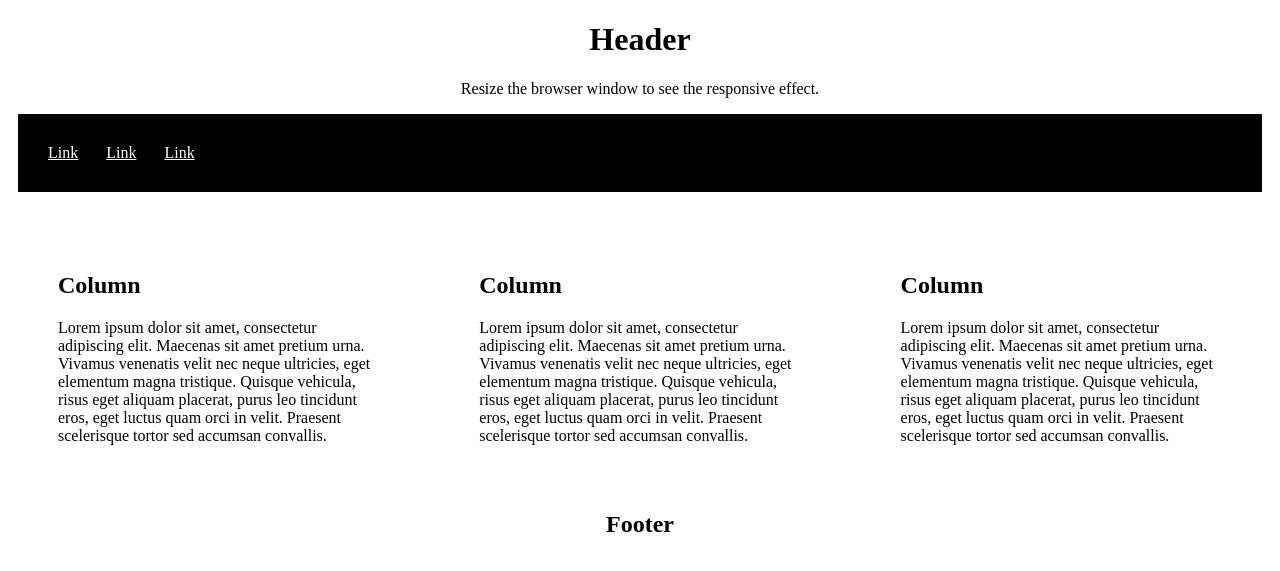
Repository: daeun0220/KB_EDU_JAVA
Page: work03_FrontUI/front02_CSS3/src/main/webapp/css13_website_layout_template.html
The author's editor kept a copy of each file at every save. The page is drawn from the files as they stood at one save, then again after the next save.
The browser window is 1280 px wide. The pictures show the whole page.

Above is the page before, as saved 2023-08-08 05:38:28.

### work03_FrontUI/front02_CSS3/src/main/webapp/css13_website_layout_template.html
<!DOCTYPE html>
<html lang="en">
<head>
<title>CSS Website Layout</title>
<meta charset="utf-8">
<meta name="viewport" content="width=device-width, initial-scale=1">
<style>
* {
	box-sizing: border-box;
}

.header {
	text-align: center;
}

.topnav {
	background-color: black;
	border: 10px solid black;
	padding: 20px;
	margin: 10px;
	box-sizing: content-box;
	word-spacing: 3ch;
}

a {
	color: white;
}

.column {
	width: 33.33%;
	padding: 50px;
	float: left;
}

.footer {
	text-align: center;
}
</style>

</head>
<body>

<div class="header">
  <h1>Header</h1>
  <p>Resize the browser window to see the responsive effect.</p>
</div>

<div class="topnav">
  <a href="#">Link</a>
  <a href="#">Link</a>
  <a href="#">Link</a>
</div>

<div class="row">
  <div class="column">
    <h2>Column</h2>
    <p>Lorem ipsum dolor sit amet, consectetur adipiscing elit. Maecenas sit amet pretium urna. Vivamus venenatis velit nec neque ultricies, eget elementum magna tristique. Quisque vehicula, risus eget aliquam placerat, purus leo tincidunt eros, eget luctus quam orci in velit. Praesent scelerisque tortor sed accumsan convallis.</p>
  </div>

  <div class="column">
    <h2>Column</h2>
    <p>Lorem ipsum dolor sit amet, consectetur adipiscing elit. Maecenas sit amet pretium urna. Vivamus venenatis velit nec neque ultricies, eget elementum magna tristique. Quisque vehicula, risus eget aliquam placerat, purus leo tincidunt eros, eget luctus quam orci in velit. Praesent scelerisque tortor sed accumsan convallis.</p>
  </div>

  <div class="column">
    <h2>Column</h2>
    <p>Lorem ipsum dolor sit amet, consectetur adipiscing elit. Maecenas sit amet pretium urna. Vivamus venenatis velit nec neque ultricies, eget elementum magna tristique. Quisque vehicula, risus eget aliquam placerat, purus leo tincidunt eros, eget luctus quam orci in velit. Praesent scelerisque tortor sed accumsan convallis.</p>
  </div>
 </div>

  <!-- 추가하기 -->
<div class="footer">
  	<p><h2>Footer</h2></p>
</div>



</body>
</html>

After the next save:
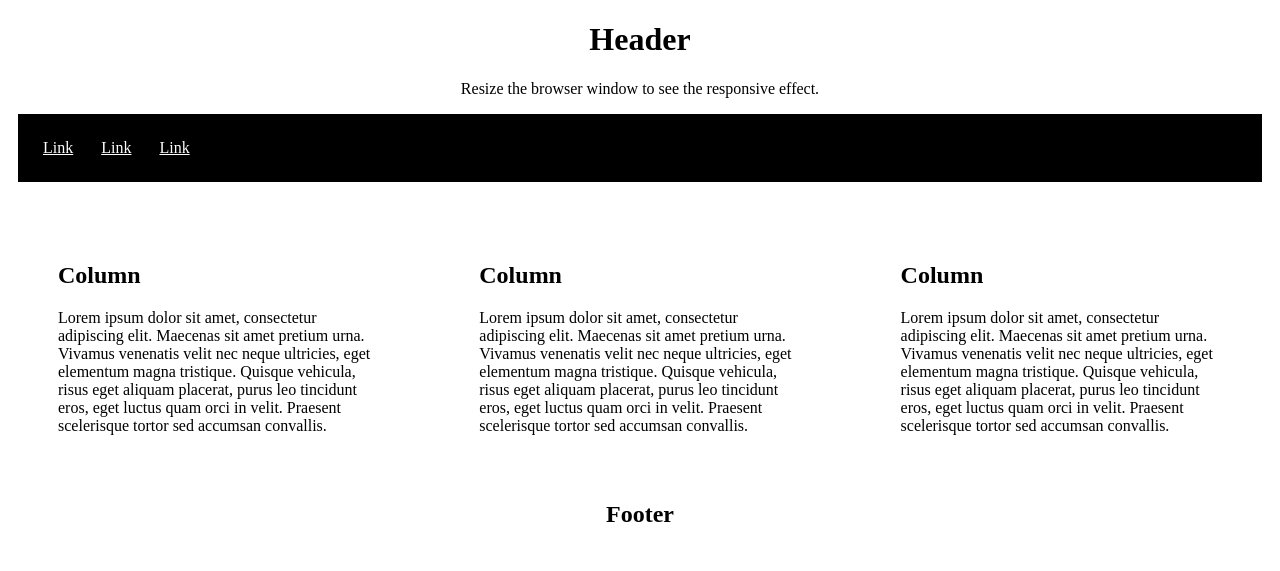
Saved 13 s later.
--- a/work03_FrontUI/front02_CSS3/src/main/webapp/css13_website_layout_template.html
+++ b/work03_FrontUI/front02_CSS3/src/main/webapp/css13_website_layout_template.html
@@ -15,7 +15,7 @@
 
 .topnav {
 	background-color: black;
-	border: 10px solid black;
+	border: 5px solid black;
 	padding: 20px;
 	margin: 10px;
 	box-sizing: content-box;
